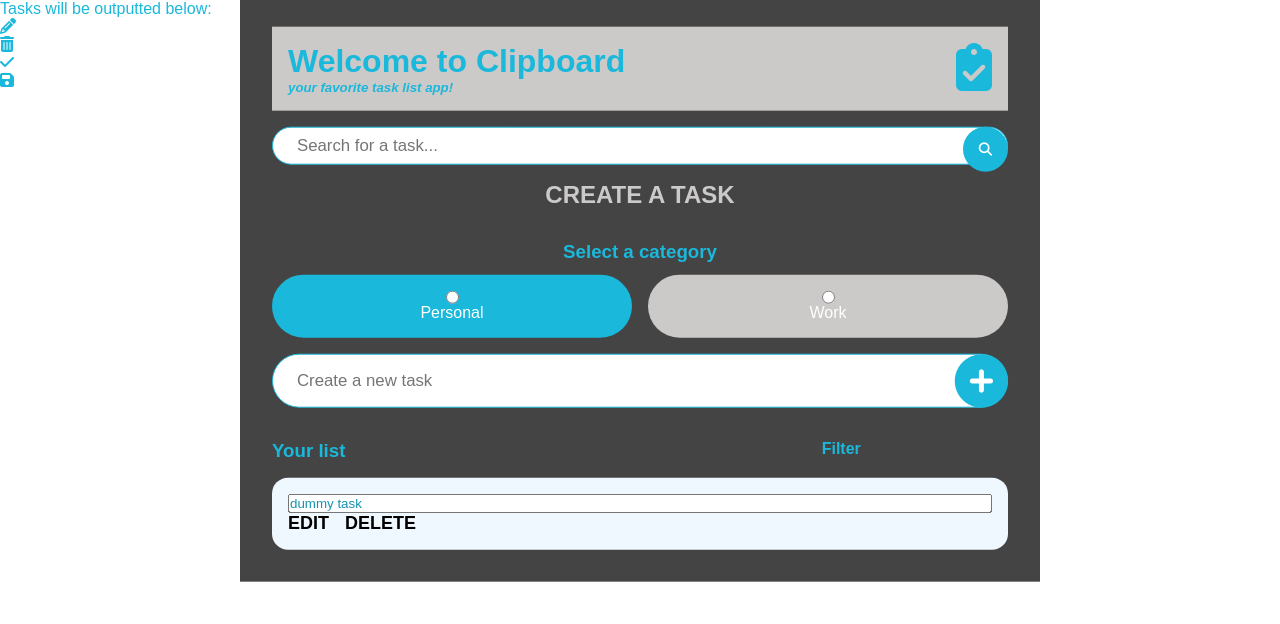
Repository: WesleyErasmus/Todo-App
Page: todoApp.html
These files come from the project's save history. The page is drawn as it stood at one moment and after the next save; the edit follows.
The browser window is 1280 px wide. The pictures show the whole page.
Some web libraries are served in a nearby version.

Above is the page before, as saved 2022-06-04 21:19:55.

After the next save:
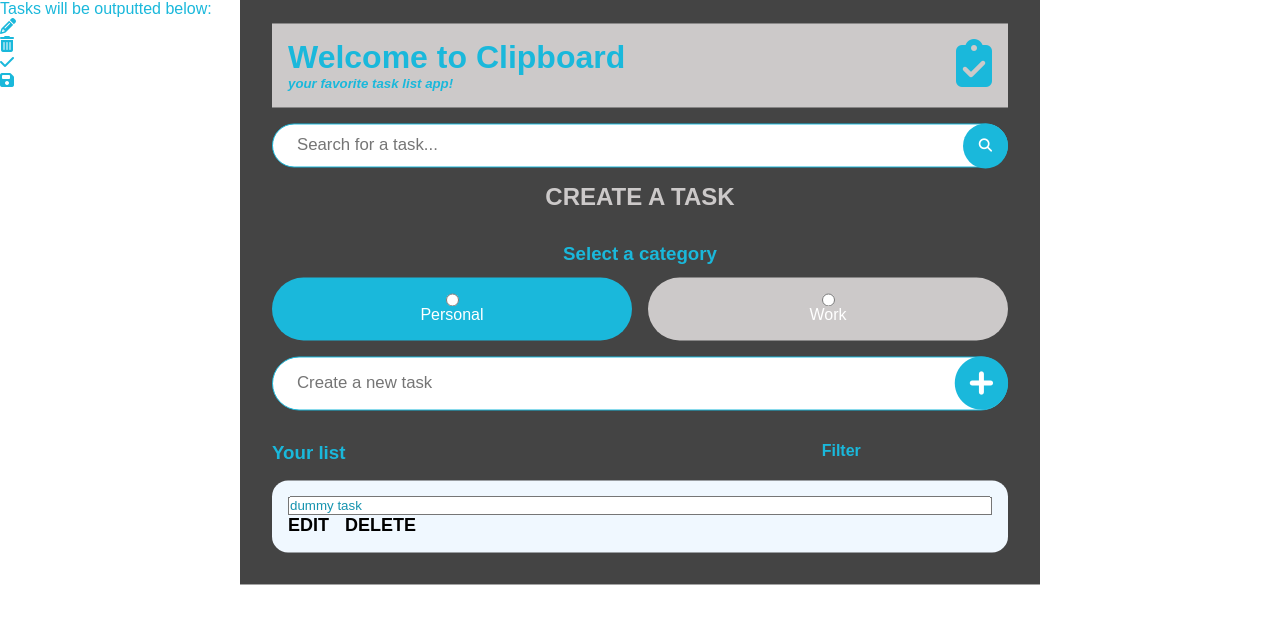
Saved 13 s later.
--- a/source/css/todoApp.css
+++ b/source/css/todoApp.css
@@ -83,7 +83,7 @@ header {
 	display: block;
 	width: 100%;
 	font-size: 1.05rem;
-	padding: 0.50rem 1.5rem;
+	padding: 0.70rem 1.5rem;
     padding-right: 0rem;
 	color: var(--dark-grey);
 	background-color: var(--background-color);
